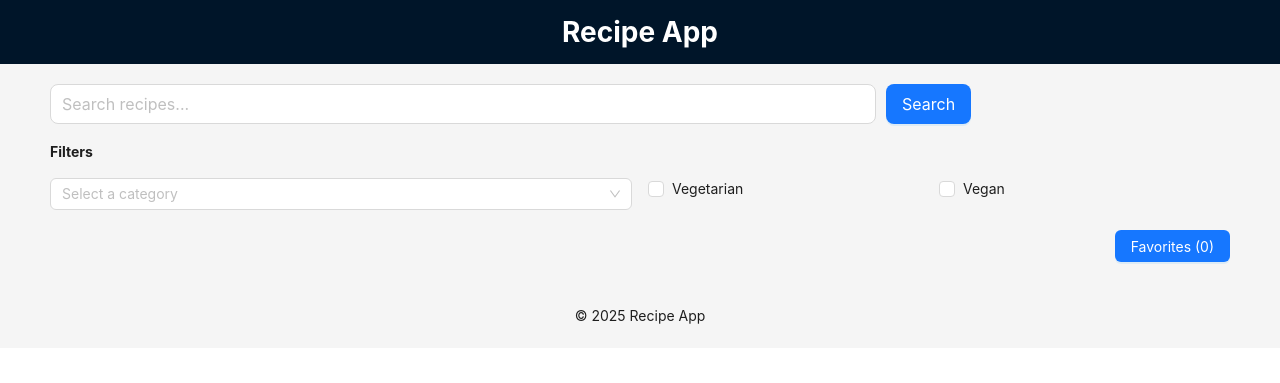
Repository: LearnTek-In-Private-Limited/recipie-era-premier
Page: /
These files come from the project's save history. The page is drawn as it stood at one moment and after the next save; the edit follows.
The browser window is 1280 px wide. The pictures show the whole page.
The page's requests for data from a server got no answer. The project was rebuilt for these pictures with package versions that can differ from the ones it lists, and the page was loaded fresh each time. No one was signed in, and anything a server would have sent is missing.

Above is the page before, as saved 2025-01-25 19:55:41.

After the next save:
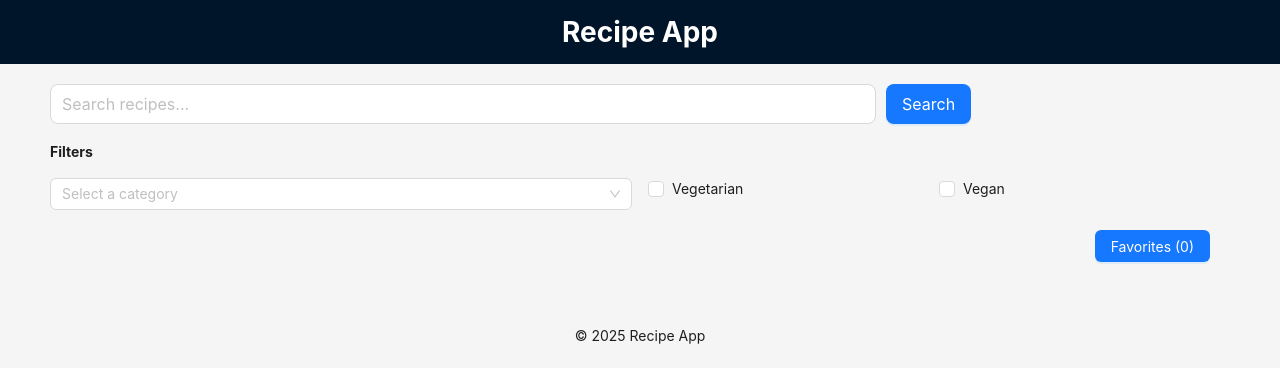
Saved 14 s later.
--- a/src/components/FavoritesButton.js
+++ b/src/components/FavoritesButton.js
@@ -15,7 +15,7 @@ const FavoritesButton = () => {
   };
 
   return (
-    <div style={{ textAlign: 'right', marginTop: '20px' }}>
+    <div style={{ textAlign: 'right', margin: '20px' }}>
       {/* Favorites Button */}
       <Button type="primary" onClick={showModal}>
         Favorites ({favorites.length})
